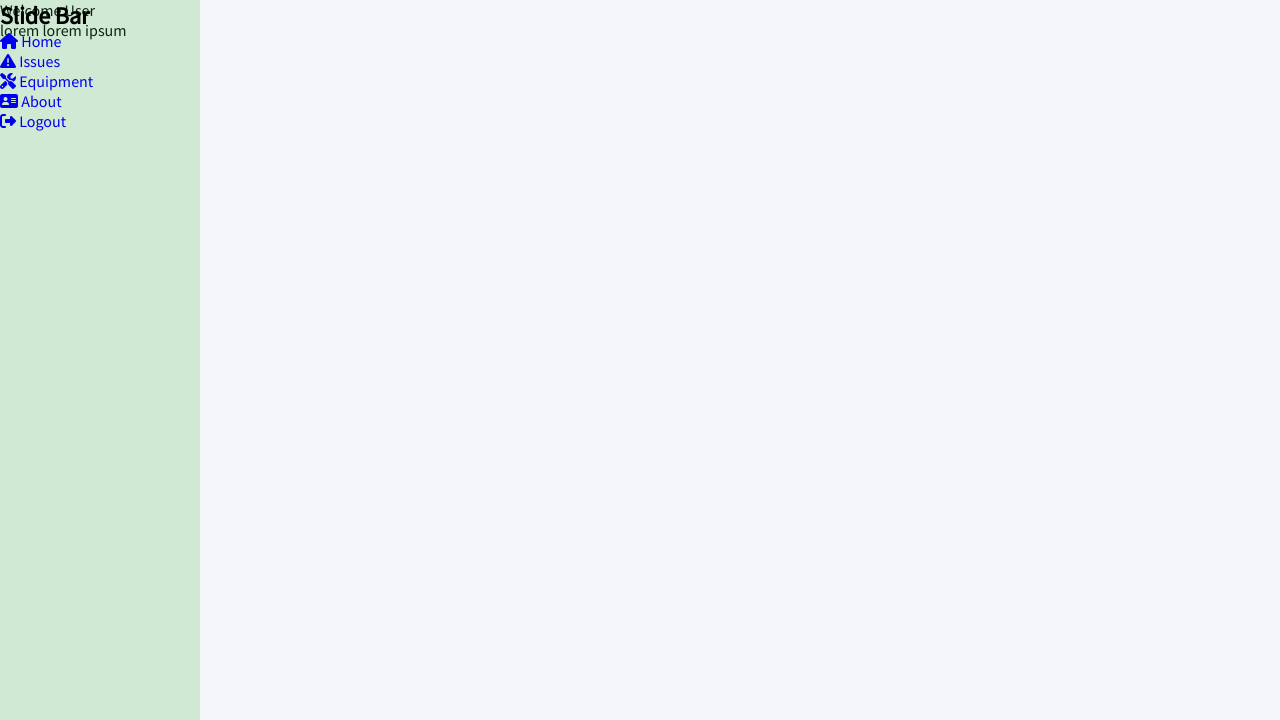
Repository: Lungdjos/ZescoIssueTS
Page: zits/src/main/resources/templates/about_us.html
The author's editor kept a copy of each file at every save. The page is drawn from the files as they stood at one save, then again after a run of saves.
The browser window is 1280 px wide. The pictures show the whole page.
Some web libraries are served in a nearby version.

Above is the page before, as saved 2021-07-09 22:45:54.

After the next 2 saves:
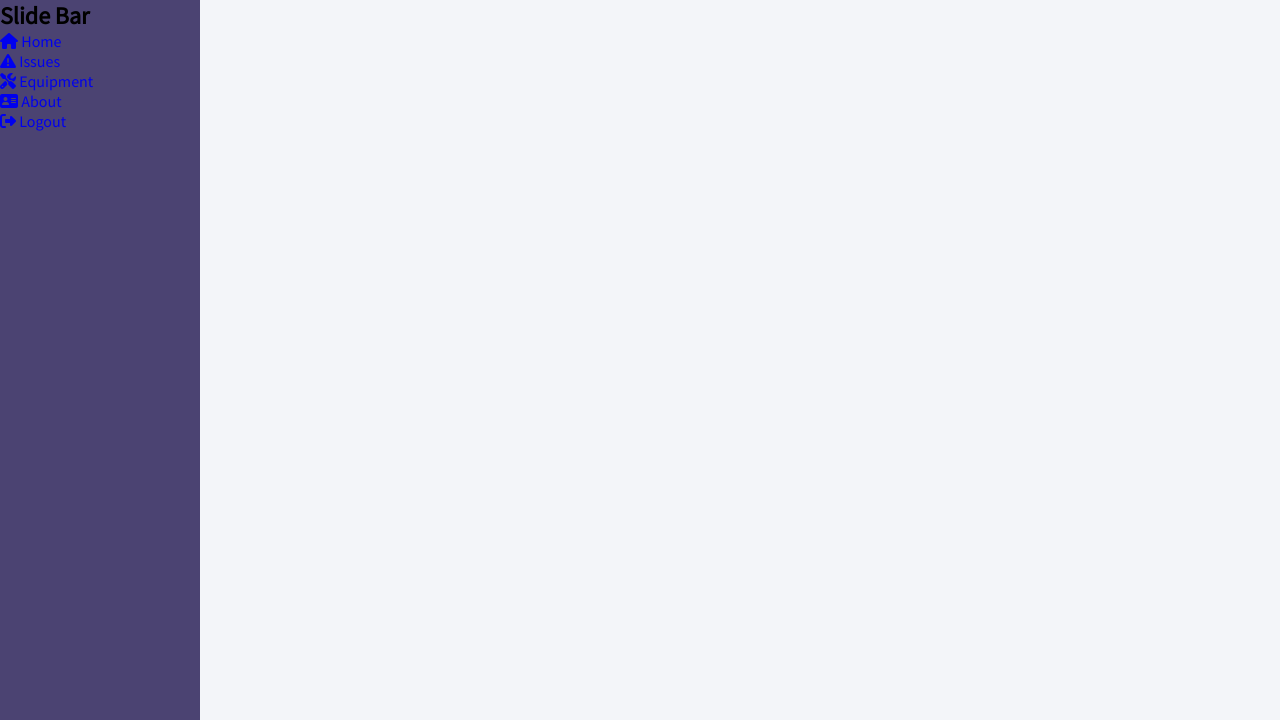
The 2 saves are shown as one change because they came seconds apart.
The last was saved 6 s later.
--- a/zits/src/main/resources/templates/css/styles.css
+++ b/zits/src/main/resources/templates/css/styles.css
@@ -21,5 +21,5 @@
     position: fixed;
     width: 200px;
     height: 100%;
-    background: #4b43
+    background: #4b4372;
 }
